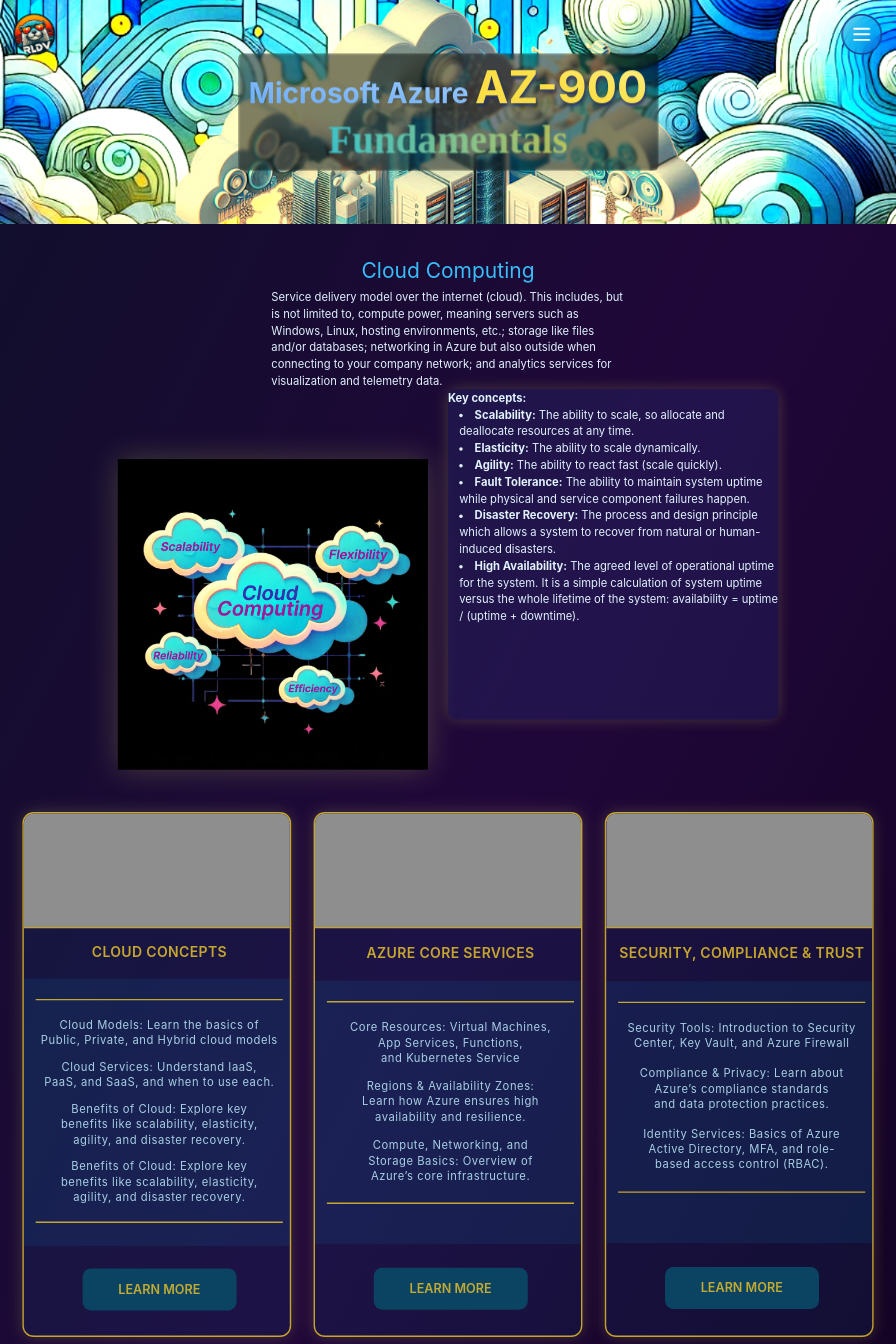
Repository: Freezler/az-900_svelte5
Page: /
These files come from the project's save history. The page is drawn as it stood at one moment and after the next save; the edit follows.
The browser window is 1280 px wide. The pictures show the part of the page from y = 0 to 1920 px (the page is 2638 px tall), at 70% of full size.
Pictures or frames that could not be fetched are drawn as grey boxes. The project was rebuilt for these pictures with package versions that can differ from the ones it lists, and the page was loaded fresh each time. The framework's server and built-in components were replaced by stand-ins that run in the browser. Also part of the build but not shown: vite.config.ts.

Above is the page before, as saved 2024-11-10 10:44:49.

After the next save:
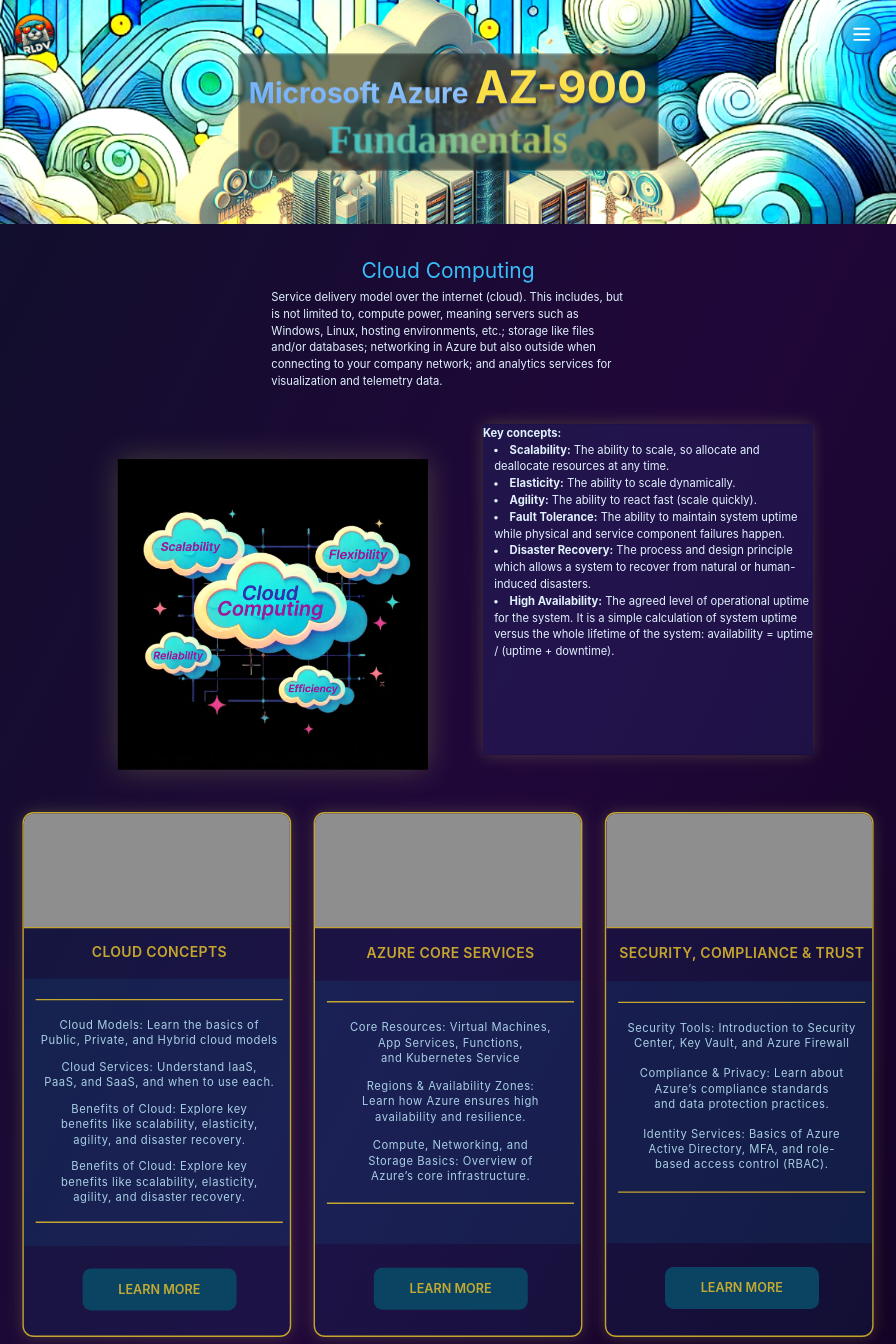
Saved 16 s later.
--- a/src/components/ComputingArticle.svelte
+++ b/src/components/ComputingArticle.svelte
@@ -17,7 +17,7 @@
 		class=" text-sky-100 drop-shadow-[0_0px_22px_rgba(255,255,99,0.2)] w-[572px] place-self-center"
 	/>
 	<article
-		class=" bg-blue-500/10  text-sky-100 w-[472px] h-[472px] place-self-start rounded-xl shadow-[0_0px_22px_rgba(255,255,99,0.2)]"
+		class=" bg-blue-500/10  text-sky-100 w-[472px] h-[472px] prounded-xl shadow-[0_0px_22px_rgba(255,255,99,0.2)]"
 	>
 		<p><strong>Key concepts:</strong></p>
 		<ul class="list-inside list-disc pl-4">
